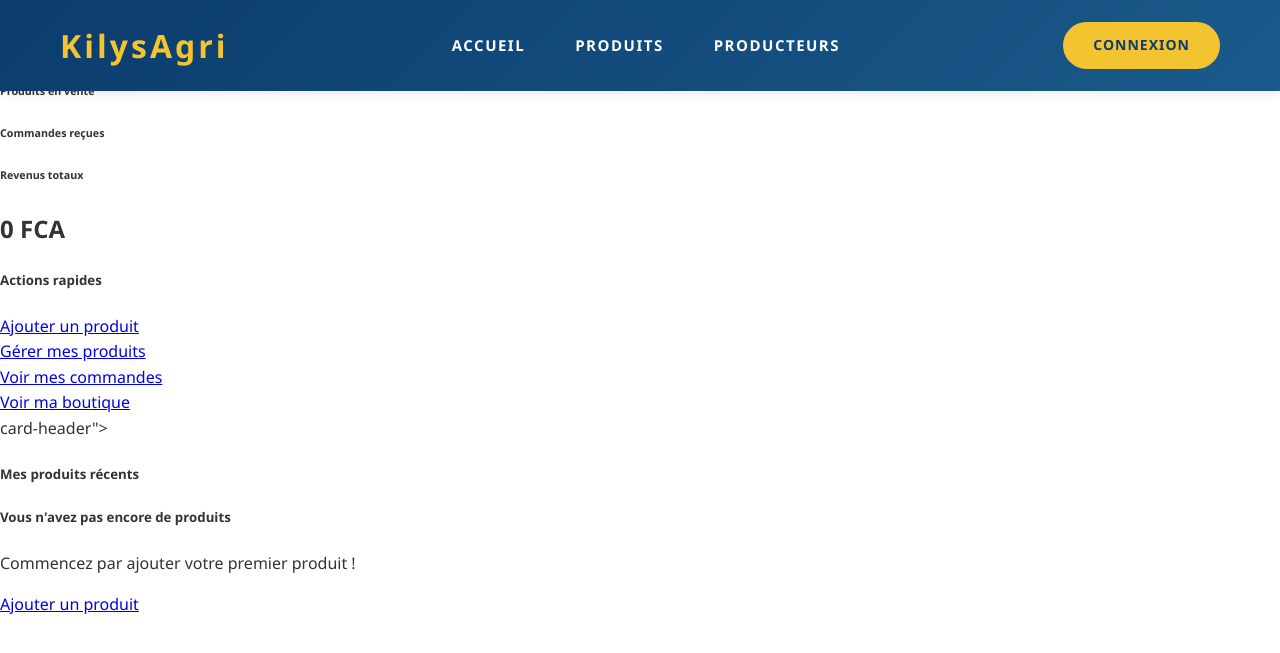
Repository: KILAYOSSI/projetdesoutenance
Page: templates/vendeur/dashboard.html.twig
An editor plug-in stored every save of this project. The page is shown before and after the next save, followed by the edit.
The browser window is 1280 px wide. The pictures show the whole page.
The page is a Twig template of a Symfony application; nobody is signed in and links lead nowhere. The template is opened directly, without the code that normally fills it, so the values that code supplies are empty.

Above is the page before, as saved 2026-03-04 21:35:12.

### templates/vendeur/dashboard.html.twig
{% extends 'base.html.twig' %}

{% block title %}Dashboard Vendeur - KilysAgri{% endblock %}

{% block body %}
<div class="container py-5">
    <div class="row">
        <div class="col-12">
            <h2 class="mb-4"><i class="fas fa-tachometer-alt me-2"></i>Dashboard Vendeur</h2>

            <!-- Statistiques -->
            <div class="row mb-4">
                <div class="col-md-4">
                    <div class="card bg-success text-white">
                        <div class="card-body">
                            <div class="d-flex justify-content-between align-items-center">
                                <div>
                                    <h6 class="mb-0">Produits en vente</h6>
                                    <h2 class="mb-0">{{ produitsCount }}</h2>
                                </div>
                                <i class="fas fa-box fa-3x opacity-50"></i>
                            </div>
                        </div>
                    </div>
                </div>
                <div class="col-md-4">
                    <div class="card bg-primary text-white">
                        <div class="card-body">
                            <div class="d-flex justify-content-between align-items-center">
                                <div>
                                    <h6 class="mb-0">Commandes reçues</h6>
                                    <h2 class="mb-0">{{ commandesCount }}</h2>
                                </div>
                                <i class="fas fa-shopping-cart fa-3x opacity-50"></i>
                            </div>
                        </div>
                    </div>
                </div>
                <div class="col-md-4">
                    <div class="card bg-warning text-white">
                        <div class="card-body">
                            <div class="d-flex justify-content-between align-items-center">
                                <div>
                                    <h6 class="mb-0">Revenus totaux</h6>
                                    <h2 class="mb-0">{{ revenus|number_format(0, ',', ' ') }} FCA</h2>
                                </div>
                                <i class="fas fa-money-bill fa-3x opacity-50"></i>
                            </div>
                        </div>
                    </div>
                </div>
            </div>

            <!-- Actions rapides -->
            <div class="row mb-4">
                <div class="col-12">
                    <div class="card">
                        <div class="card-header bg-success text-white">
                            <h5 class="mb-0"><i class="fas fa-bolt me-2"></i>Actions rapides</h5>
                        </div>
                        <div class="card-body">
                            <div class="row g-3">
                                <div class="col-md-3">
                                    <a href="{{ path('vendeur_produit_new') }}" class="btn btn-success w-100 py-3">
                                        <i class="fas fa-plus-circle fa-2x mb-2 d-block"></i>
                                        Ajouter un produit
                                    </a>
                                </div>
                                <div class="col-md-3">
                                    <a href="{{ path('vendeur_produits') }}" class="btn btn-outline-success w-100 py-3">
                                        <i class="fas fa-boxes fa-2x mb-2 d-block"></i>
                                        Gérer mes produits
                                    </a>
                                </div>
                                <div class="col-md-3">
                                    <a href="{{ path('vendeur_commandes') }}" class="btn btn-outline-primary w-100 py-3">
                                        <i class="fas fa-clipboard-list fa-2x mb-2 d-block"></i>
                                        Voir mes commandes
                                    </a>
                                </div>
                                <div class="col-md-3">
                                    <a href="{{ path('app_home') }}" class="btn btn-outline-secondary w-100 py-3">
                                        <i class="fas fa-store fa-2x mb-2 d-block"></i>
                                        Voir ma boutique
                                    </a>
                                </div>
                            </div>
                        </div>
                    </div>
                </div>
            </div>

            <!-- Derniers produits -->
            <div class="card">
               card-header">
                    <h5 class <div class="="mb-0"><i class="fas fa-box me-2"></i>Mes produits récents</h5>
                </div>
                <div class="card-body">
                    {% if produits|length > 0 %}
                    <div class="table-responsive">
                        <table class="table table-hover">
                            <thead>
                                <tr>
                                    <th>Produit</th>
                                    <th>Catégorie</th>
                                    <th>Prix</th>
                                    <th>Stock</th>
                                    <th>Actions</th>
                                </tr>
                            </thead>
                            <tbody>
                                {% for produit in produits|slice(0, 5) %}
                                <tr>
                                    <td>
                                        <div class="d-flex align-items-center">
                                            {% if produit.image %}
                                                <img src="{{ asset(produit.image) }}" class="rounded me-2" style="width: 50px; height: 50px; object-fit: cover;">
                                            {% else %}
                                                <div class="bg-light rounded me-2 d-flex align-items-center justify-content-center" style="width: 50px; height: 50px;">
                                                    <i class="fas fa-image text-muted"></i>
                                                </div>
                                            {% endif %}
                                            <span>{{ produit.nom }}</span>
                                        </div>
                                    </td>
                                    <td>{{ produit.categorie.nom|default('-') }}</td>
                                    <td>{{ produit.prix|number_format(0, ',', ' ') }} FCA</td>
                                    <td>
                                        {% if produit.quantite > 0 %}
                                            <span class="badge bg-success">{{ produit.quantite }}</span>
                                        {% else %}
                                            <span class="badge bg-danger">Rupture</span>
                                        {% endif %}
                                    </td>
                                    <td>
                                        <a href="{{ path('vendeur_produit_edit', {id: produit.id}) }}" class="btn btn-sm btn-primary">
                                            <i class="fas fa-edit"></i>
                                        </a>
                                        <a href="{{ path('vendeur_produit_delete', {id: produit.id}) }}" class="btn btn-sm btn-danger" onclick="return confirm('Êtes-vous sûr de vouloir supprimer ce produit ?')">
                                            <i class="fas fa-trash"></i>
                                        </a>
                                    </td>
                                </tr>
                                {% endfor %}
                            </tbody>
                        </table>
                    </div>
                    {% else %}
                    <div class="text-center py-4">
                        <i class="fas fa-box-open fa-3x text-muted mb-3"></i>
                        <h5>Vous n'avez pas encore de produits</h5>
                        <p class="text-muted">Commencez par ajouter votre premier produit !</p>
                        <a href="{{ path('vendeur_produit_new') }}" class="btn btn-success">
                            <i class="fas fa-plus me-2"></i>Ajouter un produit
                        </a>
                    </div>
                    {% endif %}
                </div>
            </div>
        </div>
    </div>
</div>
{% endblock %}

### templates/base.html.twig
<!DOCTYPE html>
<html>
    <head>
        <meta charset="UTF-8">
        <title>{% block title %}Welcome!{% endblock %}</title>
        <link rel="stylesheet" href="{{ asset('css/style.css') }}">
        {% block stylesheets %}{% endblock %}
        {% block javascripts %}{% endblock %}
    </head>
    <body>
        <!-- NAVBAR -->
        <nav class="navbar">
            <div class="logo">KilysAgri</div>
            <ul>
                <li><a href="{{ path('app_home') }}">ACCUEIL</a></li>
                <li><a href="#">PRODUITS</a></li>
                <li><a href="#">PRODUCTEURS</a></li>
            </ul>
            {% if app.user %}
                <a href="{{ path('app_logout') }}" class="btn-login">DÉCONNEXION</a>
            {% else %}
                <a href="{{ path('app_login') }}" class="btn-login">CONNEXION</a>
            {% endif %}
        </nav>

        {% block body %}{% endblock %}
    </body>
</html>

### public/css/style.css
body {
    margin: 0;
    font-family: 'Segoe UI', Arial, sans-serif;
    color: #333;
    line-height: 1.6;
}

/* NAVBAR */
.navbar {
    display: flex;
    justify-content: space-between;
    align-items: center;
    background: linear-gradient(135deg, #0b3c6d 0%, #1a5a8a 100%);
    padding: 20px 60px;
    position: fixed;
    width: 100%;
    top: 0;
    z-index: 1000;
    box-shadow: 0 2px 10px rgba(0,0,0,0.1);
    box-sizing: border-box;
}

.navbar .logo {
    color: #f4c430;
    font-size: 32px;
    font-weight: 800;
    letter-spacing: 3px;
    flex-shrink: 0;
}

.navbar ul {
    list-style: none;
    display: flex;
    gap: 50px;
    margin: 0;
    padding: 0;
    justify-content: center;
    flex-grow: 1;
}

.navbar ul li a {
    color: white;
    text-decoration: none;
    font-weight: 600;
    font-size: 15px;
    text-transform: uppercase;
    letter-spacing: 1.5px;
    transition: color 0.3s;
    padding: 10px 0;
    position: relative;
}

.navbar ul li a::after {
    content: '';
    position: absolute;
    bottom: 0;
    left: 0;
    width: 0;
    height: 2px;
    background: #f4c430;
    transition: width 0.3s;
}

.navbar ul li a:hover {
    color: #f4c430;
}

.navbar ul li a:hover::after {
    width: 100%;
}

.btn-login {
    background: #f4c430;
    color: #0b3c6d;
    padding: 12px 30px;
    text-decoration: none;
    border-radius: 30px;
    font-weight: 700;
    font-size: 14px;
    text-transform: uppercase;
    letter-spacing: 1px;
    transition: all 0.3s;
    flex-shrink: 0;
}

.btn-login:hover {
    transform: translateY(-2px);
    box-shadow: 0 5px 20px rgba(244, 196, 48, 0.5);
    background: #ffe066;
}

/* HERO */
.hero {
    height: 100vh;
    background: linear-gradient(rgba(0,0,0,0.5), rgba(0,0,0,0.5)), url('../images/ZOS.jpeg') center/cover no-repeat;
    position: relative;
    display: flex;
    align-items: center;
    justify-content: center;
}

.overlay {
    text-align: center;
    color: white;
    padding: 20px;
    max-width: 800px;
}

.overlay h1 {
    font-size: 60px;
    margin-bottom: 20px;
    font-weight: 700;
}

.overlay span {
    color: #f4c430;
}

.overlay p {
    font-size: 20px;
    margin-bottom: 40px;
    opacity: 0.9;
}

.buttons {
    display: flex;
    gap: 20px;
    justify-content: center;
    flex-wrap: wrap;
}

.btn-primary {
    background: #f4c430;
    padding: 15px 35px;
    color: #0b3c6d;
    text-decoration: none;
    border-radius: 30px;
    font-weight: bold;
    font-size: 16px;
    transition: all 0.3s;
}

.btn-primary:hover {
    background: #e5b82a;
    transform: translateY(-3px);
    box-shadow: 0 10px 25px rgba(244, 196, 48, 0.4);
}

.btn-outline {
    border: 2px solid #f4c430;
    padding: 13px 35px;
    color: #f4c430;
    text-decoration: none;
    border-radius: 30px;
    font-weight: bold;
    font-size: 16px;
    transition: all 0.3s;
}

.btn-outline:hover {
    background: #f4c430;
    color: #0b3c6d;
}

/* ABOUT SECTION */
.about {
    padding: 80px 50px;
    background: linear-gradient(135deg, #f9f9f9 0%, #ffffff 100%);
}

.about-header {
    text-align: center;
    margin-bottom: 50px;
}

.about-header h2 {
    color: #0b3c6d;
    font-size: 42px;
    margin-bottom: 25px;
    position: relative;
    display: inline-block;
}

.about-header h2::after {
    content: '';
    display: block;
    width: 60px;
    height: 4px;
    background: #f4c430;
    margin: 10px auto 0;
}

.about .container {
    display: flex;
    align-items: center;
    gap: 60px;
    max-width: 1200px;
    margin: 0 auto;
}

.about-image {
    flex: 1;
    border-radius: 15px;
    overflow: hidden;
    box-shadow: 0 20px 40px rgba(0,0,0,0.1);
}

.about-image img {
    width: 100%;
    height: 400px;
    object-fit: cover;
    transition: transform 0.5s;
}

.about-image:hover img {
    transform: scale(1.05);
}

.about-content {
    flex: 1;
}

.about-content ul {
    list-style: none;
    padding: 0;
    margin: 30px 0;
}

.about-content ul li {
    font-size: 18px;
    margin-bottom: 15px;
    padding: 10px 0;
    display: flex;
    align-items: center;
}

.about-content ul li::before {
    content: '✓';
    background: #4CAF50;
    color: white;
    width: 28px;
    height: 28px;
    border-radius: 50%;
    display: inline-flex;
    align-items: center;
    justify-content: center;
    margin-right: 15px;
    font-size: 14px;
}

.btn-green {
    display: inline-block;
    background: linear-gradient(135deg, #4CAF50 0%, #45a049 100%);
    padding: 15px 35px;
    color: white;
    text-decoration: none;
    border-radius: 30px;
    font-weight: bold;
    font-size: 16px;
    transition: all 0.3s;
    box-shadow: 0 5px 15px rgba(76, 175, 80, 0.3);
}

.btn-green:hover {
    transform: translateY(-3px);
    box-shadow: 0 10px 25px rgba(76, 175, 80, 0.4);
}

/* FUTURE SECTION */
.future {
    padding: 100px 50px;
    background: #ffffff;
    color: #333;
}

.future .container {
    display: flex;
    align-items: center;
    gap: 60px;
    max-width: 1200px;
    margin: 0 auto;
    flex-direction: row-reverse;
}

.future-image {
    flex: 1;
    border-radius: 15px;
    overflow: hidden;
    box-shadow: 0 20px 40px rgba(0,0,0,0.3);
}

.future-image img {
    width: 100%;
    height: 400px;
    object-fit: cover;
    transition: transform 0.5s;
}

.future-image:hover img {
    transform: scale(1.05);
}

.future-text {
    flex: 1;
}

.future-text h2 {
    font-size: 36px;
    margin-bottom: 25px;
    position: relative;
    color: #0b3c6d;
}

.future-text h2::after {
    content: '';
    display: block;
    width: 60px;
    height: 4px;
    background: #f4c430;
    margin-top: 10px;
}

.future-text p {
    font-size: 18px;
    line-height: 1.8;
    opacity: 0.9;
    margin-bottom: 30px;
}

.future .btn-primary {
    display: inline-block;
}

/* Responsive Design */
@media (max-width: 968px) {
    .about .container,
    .future .container {
        flex-direction: column;
        text-align: center;
    }

    .about-text h2::after,
    .future-text h2::after {
        margin: 10px auto;
    }

    .about-text ul li {
        justify-content: center;
    }

    .navbar {
        padding: 15px 20px;
    }

    .navbar ul {
        gap: 20px;
    }

    .overlay h1 {
        font-size: 40px;
    }
}

@media (max-width: 576px) {
    .navbar {
        flex-direction: column;
        gap: 15px;
    }

    .navbar ul {
        flex-direction: column;
        gap: 10px;
        text-align: center;
    }

    .buttons {
        flex-direction: column;
    }

    .overlay h1 {
        font-size: 32px;
    }

    .about, .future {
        padding: 60px 20px;
    }
}

/* FOOTER */
.footer {
    background: #ffffff;
    color: #333;
    padding: 60px 50px 30px;
}

.footer-container {
    display: flex;
    justify-content: space-between;
    flex-wrap: wrap;
    gap: 40px;
    max-width: 1200px;
    margin: 0 auto 40px;
}

.footer-section {
    flex: 1;
    min-width: 250px;
}

.footer-section h3 {
    color: #f4c430;
    font-size: 20px;
    margin-bottom: 20px;
    text-transform: uppercase;
    letter-spacing: 1px;
}

.footer-section p {
    line-height: 1.8;
    opacity: 0.9;
}

.footer-section ul {
    list-style: none;
    padding: 0;
    margin: 0;
}

.footer-section ul li {
    margin-bottom: 12px;
}

.footer-section ul li a {
    color: #0b3c6d;
    text-decoration: none;
    opacity: 0.9;
    transition: all 0.3s;
}

.footer-section ul li a:hover {
    color: #f4c430;
    padding-left: 5px;
}

.footer-bottom {
    text-align: center;
    padding-top: 30px;
    border-top: 1px solid rgba(255,255,255,0.1);
}

.footer-bottom p {
    margin: 0;
    opacity: 0.7;
    font-size: 14px;
}

.social-links {
    display: flex;
    gap: 15px;
    margin-top: 20px;
}

.social-links a {
    display: inline-flex;
    align-items: center;
    justify-content: center;
    width: 40px;
    height: 40px;
    background: #0b3c6d;
    border-radius: 50%;
    color: white;
    text-decoration: none;
    transition: all 0.3s;
}

.social-links a:hover {
    background: #f4c430;
    color: #0b3c6d;
    transform: translateY(-3px);
}

@media (max-width: 768px) {
    .footer {
        padding: 40px 20px 20px;
    }

    .footer-container {
        flex-direction: column;
        gap: 30px;
    }
}

/* AUTH PAGES - Login & Register */
.auth-page {
    min-height: 100vh;
    display: flex;
    align-items: center;
    justify-content: center;
    background: #ffffff;
    padding: 120px 20px 40px;
    position: relative;
    overflow: hidden;
}

/* Animated background shapes */
.auth-page::before {
    content: '';
    position: absolute;
    top: -50%;
    left: -50%;
    width: 200%;
    height: 200%;
    background: radial-gradient(circle, rgba(244, 196, 48, 0.05) 0%, transparent 70%);
    animation: rotateBg 20s linear infinite;
}

.auth-page::after {
    content: '';
    position: absolute;
    top: 20%;
    right: 10%;
    width: 300px;
    height: 300px;
    background: radial-gradient(circle, rgba(11, 60, 109, 0.05) 0%, transparent 70%);
    border-radius: 50%;
    animation: pulseBg 4s ease-in-out infinite;
}

@keyframes rotateBg {
    from { transform: rotate(0deg); }
    to { transform: rotate(360deg); }
}

@keyframes pulseBg {
    0%, 100% { transform: scale(1); opacity: 0.5; }
    50% { transform: scale(1.2); opacity: 0.8; }
}

.auth-container {
    background: white;
    border-radius: 20px;
    box-shadow: 0 20px 60px rgba(0, 0, 0, 0.1);
    padding: 50px 40px;
    width: 100%;
    max-width: 450px;
    position: relative;
    z-index: 1;
    animation: slideUp 0.6s ease-out;
}

@keyframes slideUp {
    from {
        opacity: 0;
        transform: translateY(30px);
    }
    to {
        opacity: 1;
        transform: translateY(0);
    }
}

.auth-header {
    text-align: center;
    margin-bottom: 40px;
}

.auth-logo {
    width: 80px;
    height: 80px;
    background: linear-gradient(135deg, #f4c430 0%, #e5b82a 100%);
    border-radius: 50%;
    display: flex;
    align-items: center;
    justify-content: center;
    font-size: 40px;
    font-weight: 800;
    color: #0b3c6d;
    margin: 0 auto 20px;
    box-shadow: 0 10px 30px rgba(244, 196, 48, 0.4);
    animation: bounceIn 0.8s ease-out 0.2s both;
}

@keyframes bounceIn {
    0% {
        opacity: 0;
        transform: scale(0.3);
    }
    50% {
        transform: scale(1.05);
    }
    70% {
        transform: scale(0.9);
    }
    100% {
        opacity: 1;
        transform: scale(1);
    }
}

.auth-header h1 {
    color: #0b3c6d;
    font-size: 32px;
    margin-bottom: 10px;
    animation: fadeIn 0.6s ease-out 0.3s both;
}

.auth-header p {
    color: #666;
    font-size: 16px;
    animation: fadeIn 0.6s ease-out 0.4s both;
}

@keyframes fadeIn {
    from { opacity: 0; }
    to { opacity: 1; }
}

.auth-form {
    margin-bottom: 30px;
}

.form-group {
    margin-bottom: 25px;
    animation: slideUp 0.6s ease-out 0.5s both;
}

.form-group label {
    display: block;
    margin-bottom: 8px;
    color: #0b3c6d;
    font-weight: 600;
    font-size: 14px;
    text-transform: uppercase;
    letter-spacing: 1px;
}

.form-control {
    width: 100%;
    padding: 15px 18px;
    border: 2px solid #e0e0e0;
    border-radius: 10px;
    font-size: 16px;
    transition: all 0.3s;
    box-sizing: border-box;
    background: #f9f9f9;
    animation: slideUp 0.6s ease-out 0.6s both;
}

.form-control:focus {
    outline: none;
    border-color: #f4c430;
    background: white;
    box-shadow: 0 0 0 4px rgba(244, 196, 48, 0.1);
    transform: translateY(-2px);
}

.form-control::placeholder {
    color: #aaa;
}

.btn-block {
    width: 100%;
    padding: 16px;
    background: linear-gradient(135deg, #f4c430 0%, #e5b82a 100%);
    color: #0b3c6d;
    border: none;
    border-radius: 30px;
    font-size: 16px;
    font-weight: 700;
    text-transform: uppercase;
    letter-spacing: 1px;
    cursor: pointer;
    transition: all 0.3s;
    box-shadow: 0 5px 20px rgba(244, 196, 48, 0.4);
    animation: slideUp 0.6s ease-out 0.7s both;
}

.btn-block:hover {
    transform: translateY(-3px);
    box-shadow: 0 10px 30px rgba(244, 196, 48, 0.5);
    background: #ffe066;
}

.btn-block:active {
    transform: translateY(-1px);
    box-shadow: 0 5px 15px rgba(244, 196, 48, 0.4);
}

.auth-footer {
    text-align: center;
    color: #666;
    animation: fadeIn 0.6s ease-out 0.8s both;
}

.auth-footer p {
    margin: 0;
    font-size: 15px;
}

.auth-footer a {
    color: #f4c430;
    text-decoration: none;
    font-weight: 600;
    transition: all 0.3s;
    position: relative;
}

.auth-footer a::after {
    content: '';
    position: absolute;
    bottom: -2px;
    left: 0;
    width: 0;
    height: 2px;
    background: #f4c430;
    transition: width 0.3s;
}

.auth-footer a:hover {
    color: #e5b82a;
}

.auth-footer a:hover::after {
    width: 100%;
}

/* Alerts */
.alert {
    padding: 15px 20px;
    border-radius: 10px;
    margin-bottom: 25px;
    font-size: 14px;
}

.alert-danger {
    background: #fee;
    color: #c00;
    border: 1px solid #fcc;
}

.alert-danger a {
    color: #c00;
    text-decoration: underline;
}

.alert-info {
    background: #e3f2fd;
    color: #0b3c6d;
    border: 1px solid #b3d7ff;
}

.alert-info a {
    color: #0b3c6d;
    font-weight: 600;
    text-decoration: underline;
}

.alert-success {
    background: #e8f5e9;
    color: #2e7d32;
    border: 1px solid #c8e6c9;
}

/* Checkbox styles */
.form-group-checkbox {
    display: flex;
    align-items: center;
    margin-bottom: 25px;
}

.form-group-checkbox input[type="checkbox"] {
    width: 20px;
    height: 20px;
    margin-right: 10px;
    accent-color: #f4c430;
}

.form-group-checkbox label {
    margin: 0;
    font-size: 14px;
    text-transform: none;
    letter-spacing: 0;
    color: #666;
}

/* Responsive auth */
@media (max-width: 480px) {
    .auth-container {
        padding: 30px 25px;
    }

    .auth-header h1 {
        font-size: 26px;
    }

    .auth-logo {
        width: 60px;
        height: 60px;
        font-size: 30px;
    }
}

After the next save:
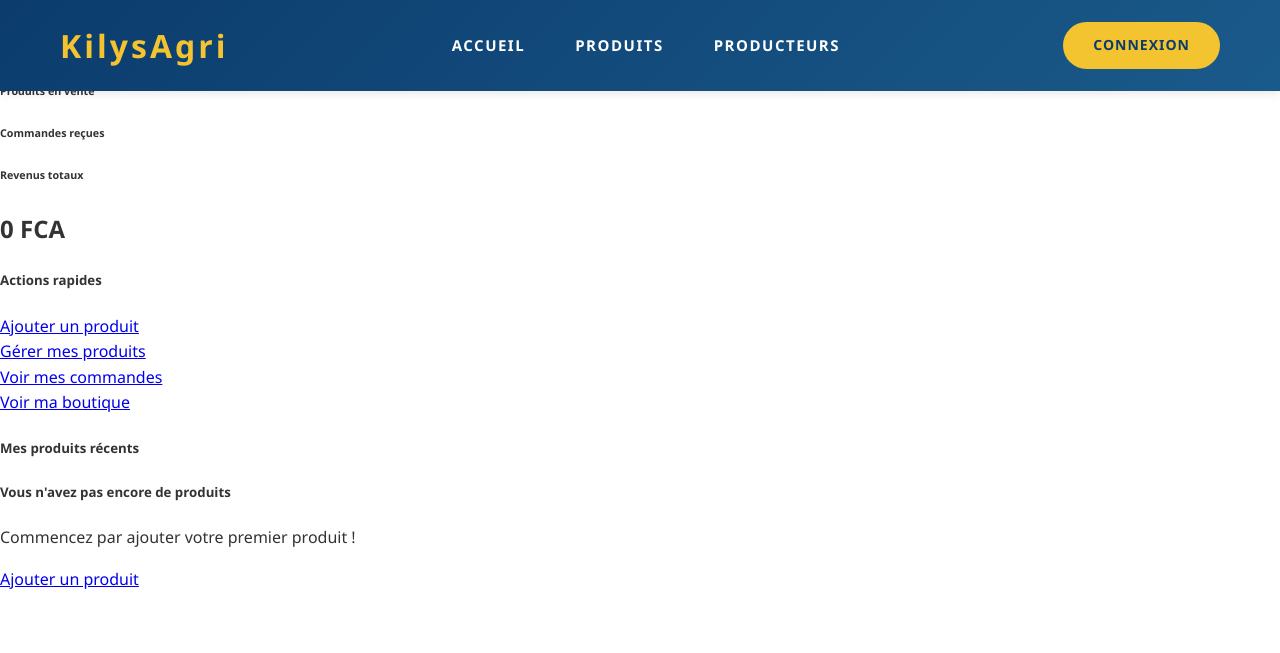
Saved 27 s later.
--- a/templates/vendeur/dashboard.html.twig
+++ b/templates/vendeur/dashboard.html.twig
@@ -91,9 +91,9 @@
             </div>
 
             <!-- Derniers produits -->
-            <div class="card">
-               card-header">
-                    <h5 class <div class="="mb-0"><i class="fas fa-box me-2"></i>Mes produits récents</h5>
+<div class="card">
+                <div class="card-header">
+                    <h5 class="mb-0"><i class="fas fa-box me-2"></i>Mes produits récents</h5>
                 </div>
                 <div class="card-body">
                     {% if produits|length > 0 %}
